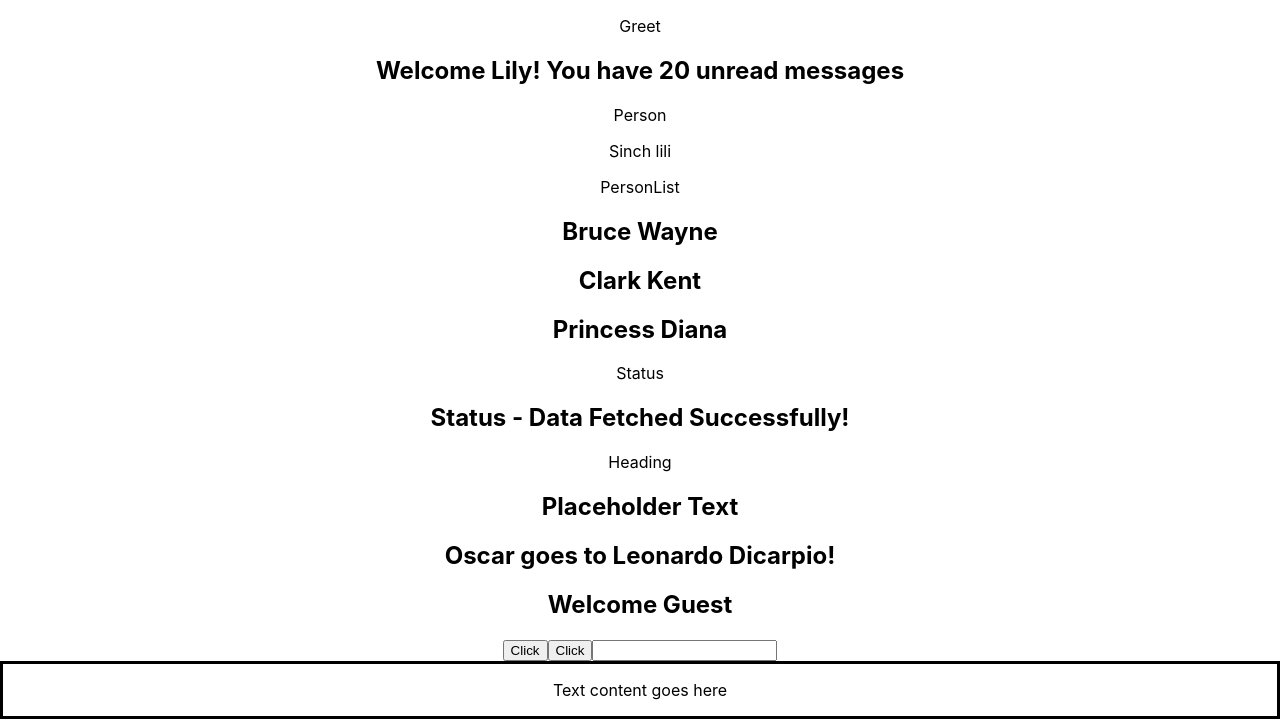
Repository: sinchana-P/react-typescript-demo
Page: /
An editor plug-in stored every save of this project. The page is shown before and after the next save, followed by the edit.
The browser window is 1280 px wide. The pictures show the whole page.
The project was rebuilt for these pictures with package versions that can differ from the ones it lists, and the page was loaded fresh each time.

Above is the page before, as saved 2023-12-03 13:50:28.

After the next save:
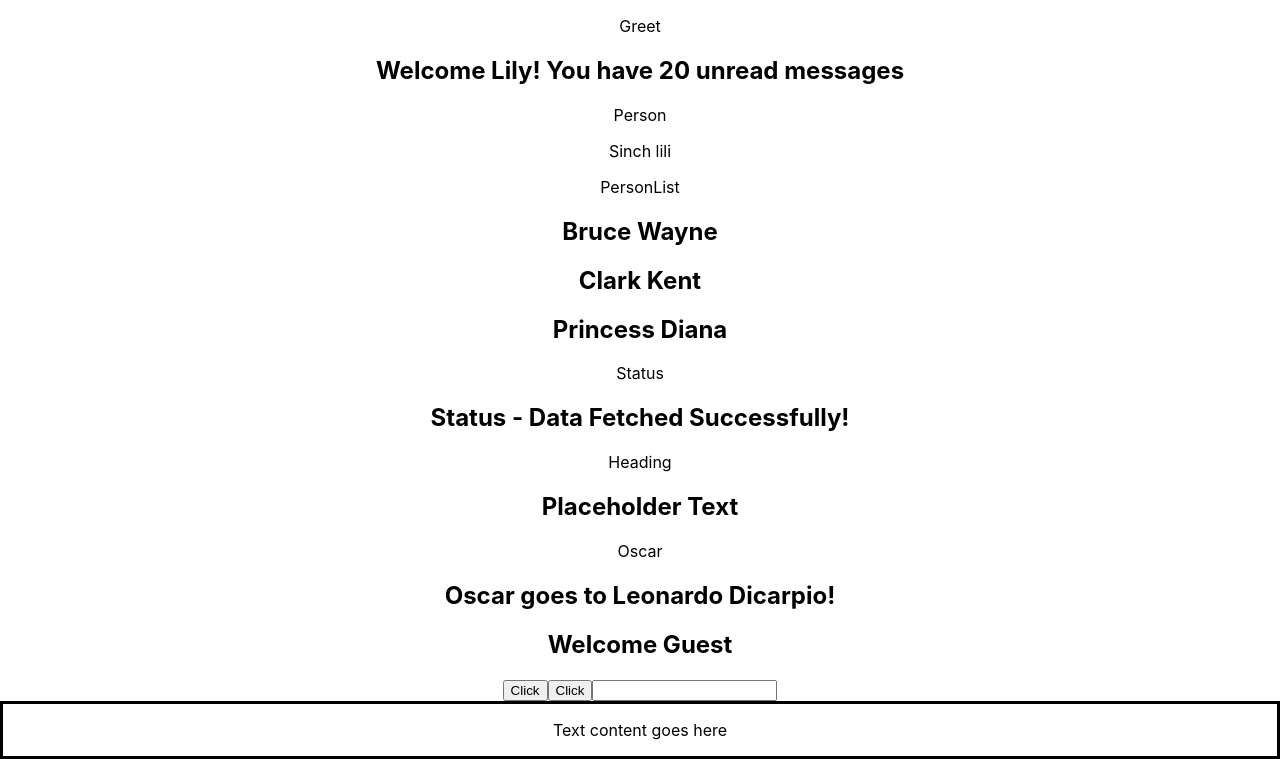
Saved 7 s later.
--- a/src/App.tsx
+++ b/src/App.tsx
@@ -49,6 +49,8 @@ function App() {
 
       <p>Heading</p>
       <Heading>Placeholder Text</Heading>
+
+      <p>Oscar</p>
       <Oscar>
         <Heading>Oscar goes to Leonardo Dicarpio!</Heading>
       </Oscar>
